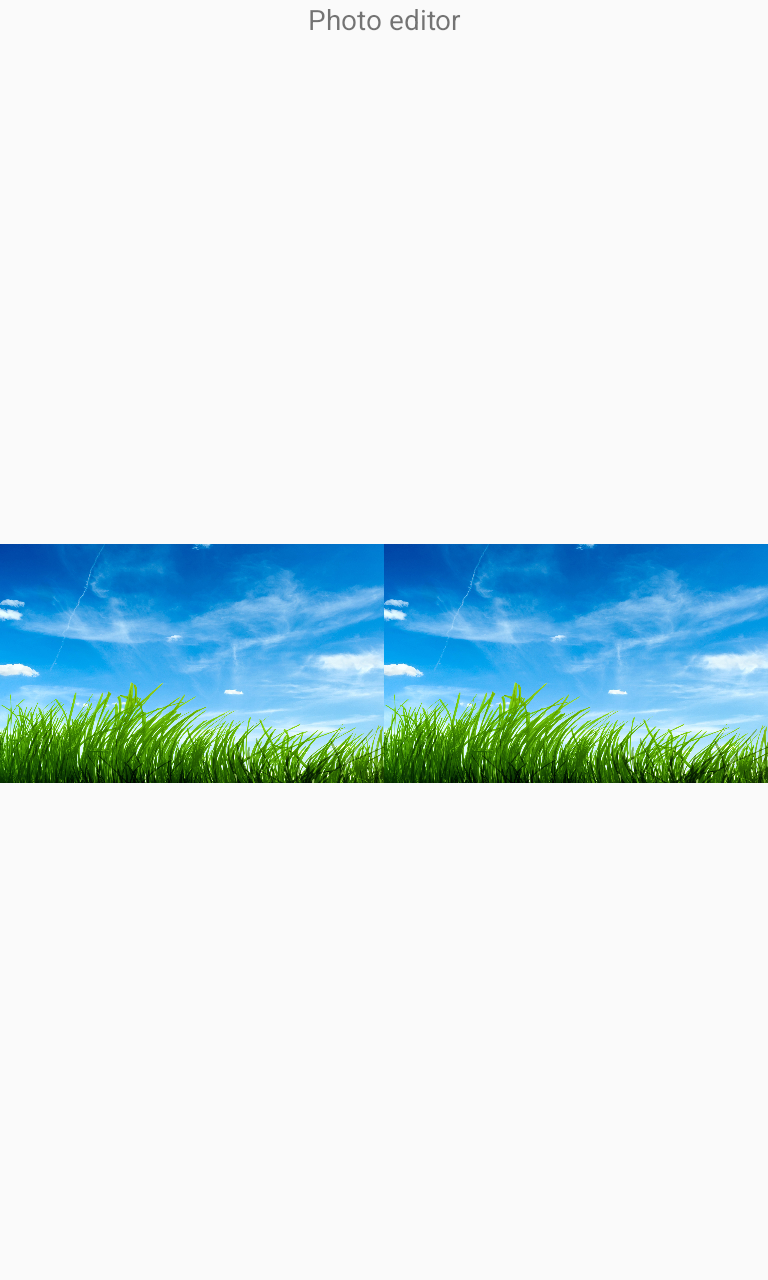
Repository: RibuRoyson/exercise
Layout: Excercise3/res/layout/exercise3.xml
The author's editor kept a copy of each file at every save. The layout is drawn from the files as they stood at one save, then again after the next save.
It is drawn on a 768 x 1280 px phone screen (xhdpi) without system bars, with theme AppTheme; the app's code is not run.

Above is the layout before, as saved 2015-02-12 09:21:19.

### Excercise3/res/layout/exercise3.xml
<?xml version="1.0" encoding="utf-8"?>

    <LinearLayout
        xmlns:android="http://schemas.android.com/apk/res/android"
        android:layout_width="fill_parent"
        android:layout_height="fill_parent"
        android:orientation="vertical"
        android:weightSum="5.0"
        >

        <TextView
            android:layout_width="match_parent"
            android:layout_height="wrap_content"
            android:text="Photo editor"
            android:gravity="center"
            android:layout_weight="1.0"/>
       <LinearLayout
           android:layout_width="match_parent"
           android:layout_height="wrap_content"
           android:orientation="horizontal"
           android:layout_weight="2.0"
           android:weightSum="2.0"
           >

           <ImageView
               android:id="@+id/imageView1"
               android:layout_width="wrap_content"
               android:layout_height="wrap_content"
               android:src="@drawable/walll"
               android:layout_weight="1.0"/>
            <ImageView
               android:id="@+id/imageView2"
               android:layout_width="wrap_content"
               android:layout_height="wrap_content"
               android:src="@drawable/walll"
               android:layout_weight="1.0" />

       </LinearLayout>



 </LinearLayout>

Loaded but not shown: Excercise3/res/values/styles.xml (common file); Excercise3/res/values-v11/styles.xml (common file); Excercise3/res/values-v14/styles.xml (common file)

After the next save:
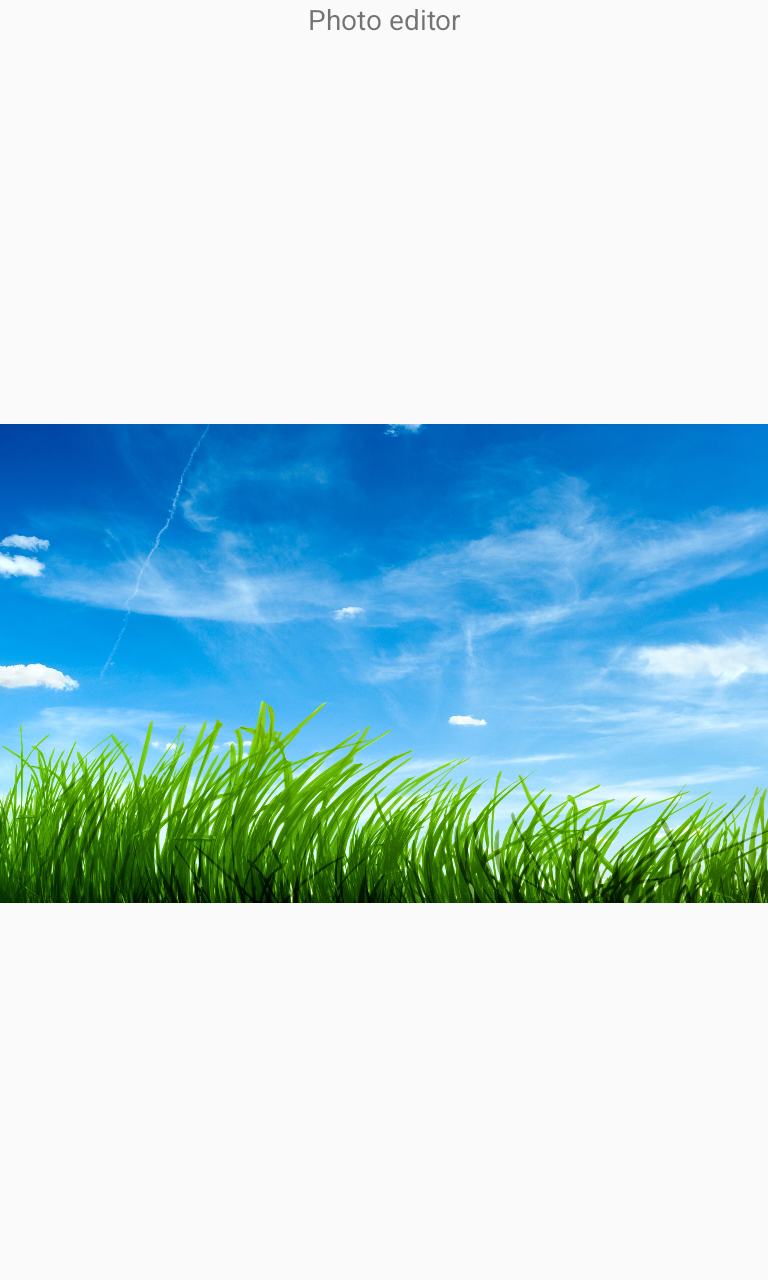
Saved 3 min 16 s later.
--- a/Excercise3/res/layout/exercise3.xml
+++ b/Excercise3/res/layout/exercise3.xml
@@ -19,7 +19,7 @@
            android:layout_height="wrap_content"
            android:orientation="horizontal"
            android:layout_weight="2.0"
-           android:weightSum="2.0"
+
            >
 
            <ImageView
@@ -27,13 +27,13 @@
                android:layout_width="wrap_content"
                android:layout_height="wrap_content"
                android:src="@drawable/walll"
-               android:layout_weight="1.0"/>
+             />
             <ImageView
                android:id="@+id/imageView2"
                android:layout_width="wrap_content"
                android:layout_height="wrap_content"
                android:src="@drawable/walll"
-               android:layout_weight="1.0" />
+              />
 
        </LinearLayout>
 
